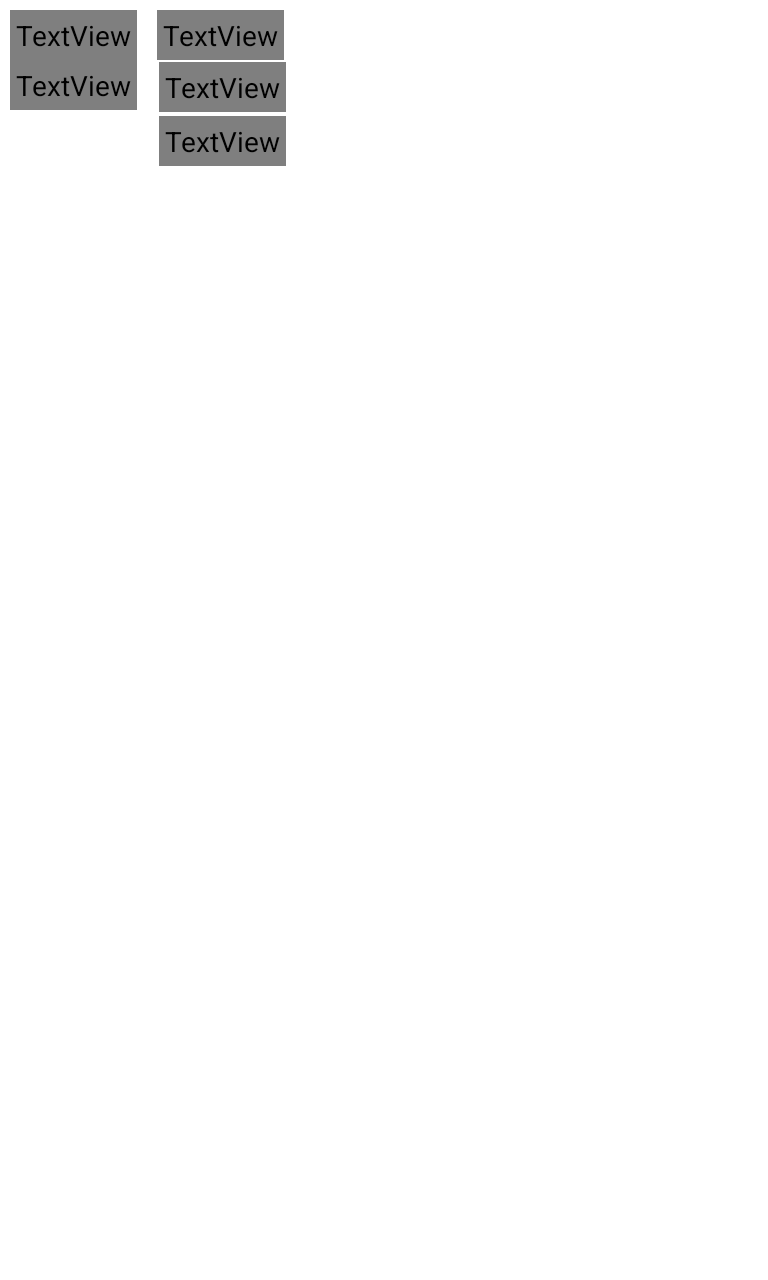
Repository: jascrer/Sistema_de_Inclusiones_IC-ITCR
Layout: ITCR.Inclutec/res/layout/detail_child_row.xml
The author's editor kept a copy of each file at every save. The layout is drawn from the files as they stood at one save, then again after the next save.
Pictures or frames that could not be fetched are drawn as grey boxes. It is drawn on a 768 x 1280 px phone screen (xhdpi) without system bars, with theme AppTheme; the app's code is not run. The app's manifest (not shown) leaves right-to-left support off. So textAlignment, textDirection and layoutDirection are ignored, and left and right values win over start and end ones.

Above is the layout before, as saved 2014-01-08 04:25:24.

### ITCR.Inclutec/res/layout/detail_child_row.xml
<?xml version="1.0" encoding="utf-8"?>
<RelativeLayout xmlns:android="http://schemas.android.com/apk/res/android"
    android:layout_width="fill_parent"
    android:layout_height="wrap_content"
    style="@style/activated"
    android:orientation="horizontal"
    android:padding="5dip">

    <!-- android:background="@android:attr/activatedBackgroundIndicator"-->

    <!-- Grupo -->

    <TextView
            android:id="@+id/lbl_ForGrupo"
            android:focusable="false"
	    	android:textSize="12sp"
	    	android:padding="3dip"
	    	android:textStyle="normal"
	    	android:textColor="#ffffff"
	        android:fontFamily="droid_serif"
	    	android:layout_width="wrap_content"
	    	android:layout_height="wrap_content"
	    	android:layout_alignParentLeft="true"/>

    <TextView
            android:id="@+id/lbl_Grupo"
            android:focusable="false"
	    	android:textSize="30sp"
	    	android:padding="3dip"
	    	android:textStyle="normal"
	    	android:textColor="#ffffff"
	        android:fontFamily="droid_serif"
	    	android:layout_width="wrap_content"
	    	android:layout_height="wrap_content"
	    	android:layout_alignParentLeft="true"
	    	android:layout_below="@+id/lbl_ForGrupo"/>

    <!-- Profesor -->

    <TextView
            android:id="@+id/lbl_Profesor"
            android:focusable="false"
	    	android:textSize="16sp"
	    	android:textStyle="normal"
	    	android:textColor="#ffffff"
	    	android:padding="3dip"
	    	android:layout_marginLeft="10dip"
	        android:fontFamily="droid_serif"
	    	android:layout_width="wrap_content"
	    	android:layout_height="wrap_content"
	    	android:layout_toEndOf="@+id/lbl_Grupo"
	    	android:layout_toRightOf="@+id/lbl_ForGrupo"/>

	<!-- Horario -->
	<TextView
            android:id="@+id/lbl_Horario"
            android:focusable="false"
	    	android:textSize="16sp"
	    	android:padding="3dip"
	    	android:layout_marginLeft="10dip"
	    	android:textStyle="normal"
	    	android:textColor="#ffffff"
	        android:fontFamily="droid_serif"
	    	android:layout_width="wrap_content"
	    	android:layout_height="wrap_content"
	    	android:layout_below="@+id/lbl_Profesor"
	    	android:layout_alignLeft="@+id/lbl_Profesor"
	    	android:layout_toRightOf="@+id/lbl_ForGrupo"
	    	android:layout_margin="1dip"/>

	<!-- Sede -->
    <TextView
            android:id="@+id/lbl_Sede"
            android:focusable="false"
	    	android:textSize="16sp"
	    	android:padding="3dip"
	    	android:layout_marginLeft="10dip"
	    	android:textStyle="normal"
	    	android:textColor="#ffffff"
	        android:fontFamily="droid_serif"
	    	android:layout_width="wrap_content"
	    	android:layout_height="wrap_content"
	    	android:layout_below="@+id/lbl_Horario"
	    	android:layout_alignLeft="@+id/lbl_Profesor"
	    	android:layout_toRightOf="@+id/lbl_ForGrupo"
	    	android:layout_margin="1dip"/>


</RelativeLayout>

Loaded but not shown: ITCR.Inclutec/res/values/styles.xml (common file); ITCR.Inclutec/res/values-v11/styles.xml (common file); ITCR.Inclutec/res/values-v14/styles.xml (common file); ITCR.Inclutec/res/values/colors.xml (common file)

After the next save:
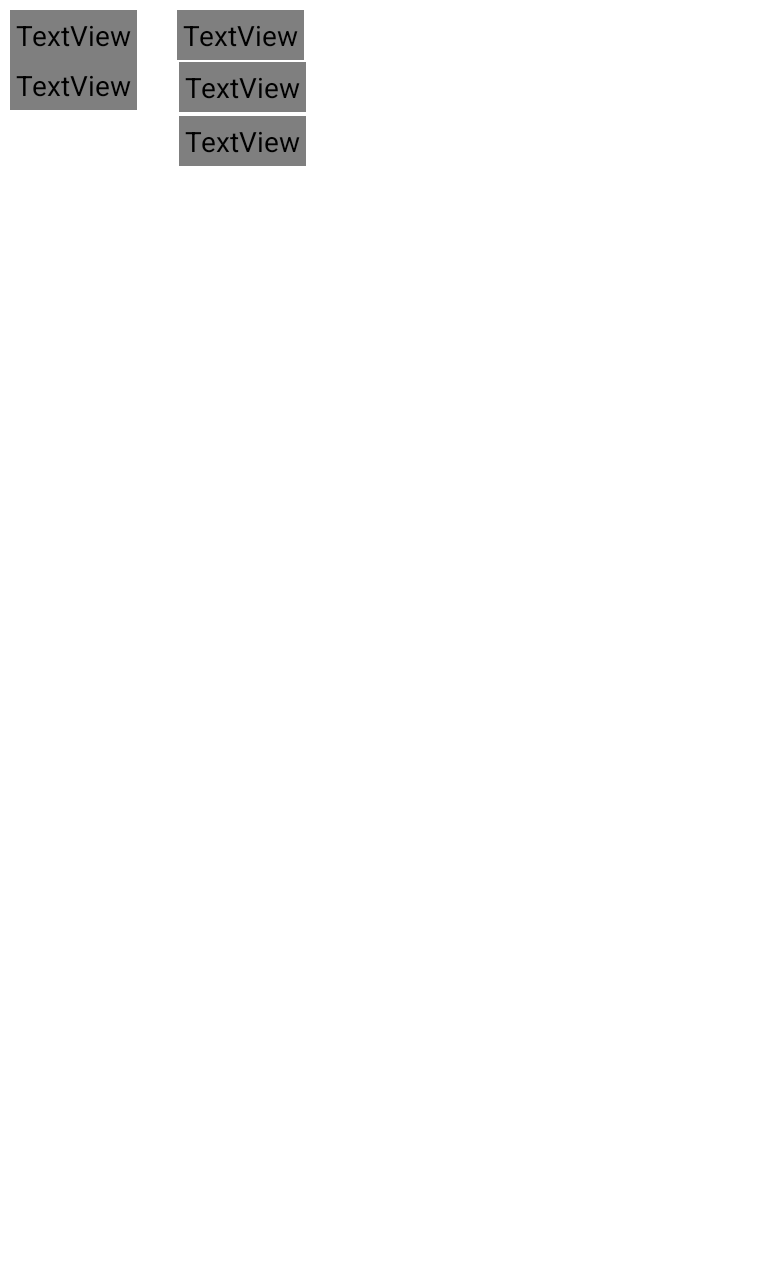
Saved 5 min 31 s later.
--- a/ITCR.Inclutec/res/layout/detail_child_row.xml
+++ b/ITCR.Inclutec/res/layout/detail_child_row.xml
@@ -44,7 +44,7 @@
 	    	android:textStyle="normal"
 	    	android:textColor="#ffffff"
 	    	android:padding="3dip"
-	    	android:layout_marginLeft="10dip"
+	    	android:layout_marginLeft="20dip"
 	        android:fontFamily="droid_serif"
 	    	android:layout_width="wrap_content"
 	    	android:layout_height="wrap_content"
